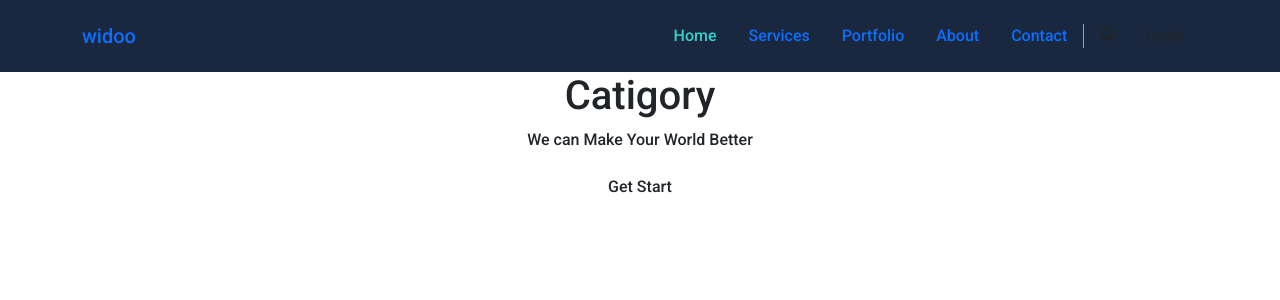
Repository: widdo/Front-end
Page: indix.html
These files come from the project's save history. The page is drawn as it stood at one moment and after the next save; the edit follows.
The browser window is 1280 px wide. The pictures show the whole page.

Above is the page before, as saved 2022-03-12 11:30:01.

After the next save:
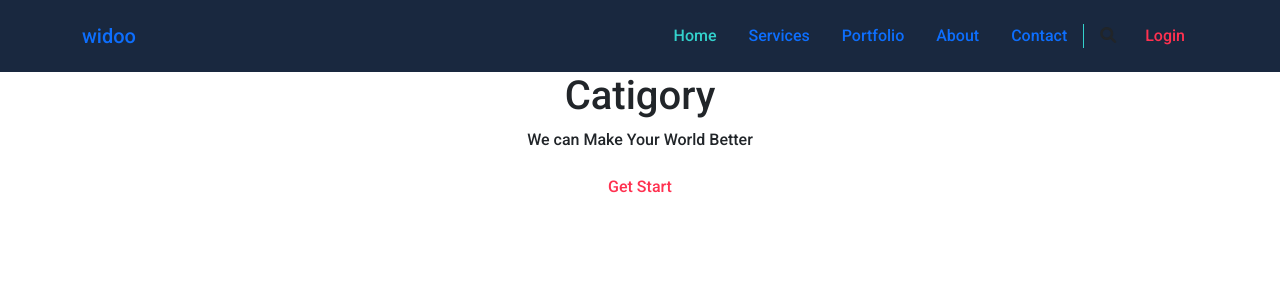
Saved 57 s later.
--- a/css/Bondi.css
+++ b/css/Bondi.css
@@ -19,6 +19,9 @@
 .navbar .navbar-nav .nav-link:hover {
   color: var(--green-color);
 }
+.main-btn {
+  color: var(--Read-color);
+}
 .navbar .search {
   border-left: 1px solid var(--green-color);
 }
